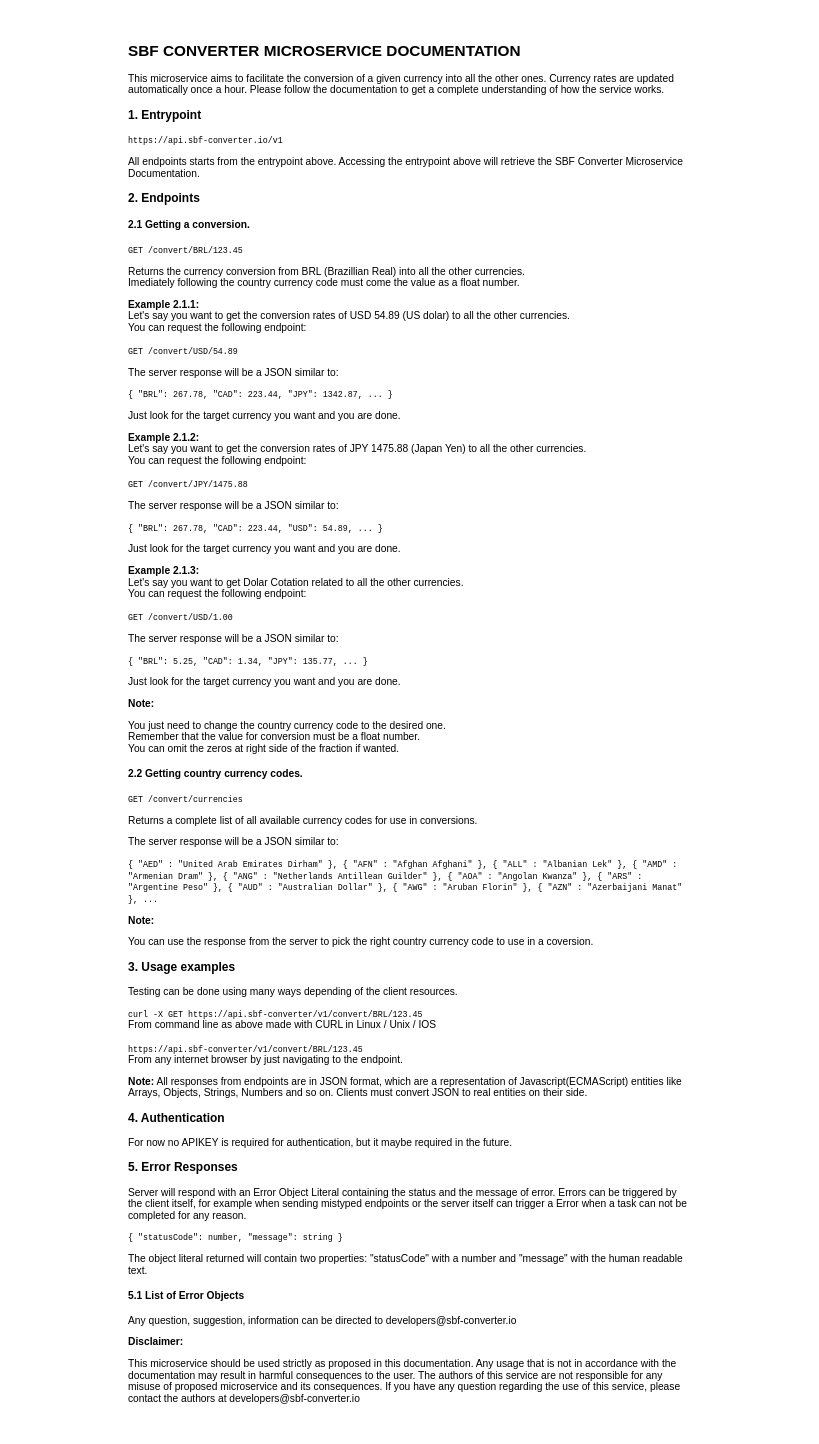
Repository: miguelamello/nestjs-restful-api
Page: documentation.html
The author's editor kept a copy of each file at every save. The page is drawn from the files as they stood at one save, then again after the next save.
The browser window is 1280 px wide. The pictures show the whole page, at 64% of full size.

Above is the page before, as saved 2023-03-23 11:29:23.

### documentation.html
<!DOCTYPE html>
<html lang="en">
<head>
  <meta charset="UTF-8">
  <meta http-equiv="X-UA-Compatible" content="IE=edge">
  <meta name="viewport" content="width=device-width, initial-scale=1.0">
  <title>SBF Converter Microservice</title>
  <style>
    body {
      font-family: Arial, Helvetica, sans-serif;
      padding: 3% 15%;
    }
  </style>
</head>
<body>
  <h2>SBF CONVERTER MICROSERVICE DOCUMENTATION</h2>
  <p>
    This microservice aims to facilitate the conversion of a given currency
    into all the other ones. Currency rates are updated automatically once a hour.
    Please follow the documentation to get a complete understanding of how the service works.
  </p>

  <h3>1. Entrypoint</h3>
  <code>https://api.sbf-converter.io/v1</code>
  <p>
    All endpoints starts from the entrypoint above. Accessing the entrypoint
    above will retrieve the SBF Converter Microservice Documentation.
  </p>

  <h3>2. Endpoints</h3>
  <h4>2.1 Getting a conversion.</h4>
  <p>
    <code>GET /convert/BRL/123.45</code>
    <div>Returns the currency conversion from BRL (Brazillian Real) into all the other currencies.</div>
    <div>Imediately following the country currency code must come the value as a float number.</div>

    <p>
      <div><b>Example 2.1.1:</b></div>
      <div>Let's say you want to get the conversion rates of USD 54.89 (US dolar) to all the other currencies.</div>
      <div>You can request the following endpoint:</div><br>
      <code>GET /convert/USD/54.89</code>
    </p>

    <p>The server response will be a JSON similar to:</p>

    <code>{ "BRL": 267.78, "CAD": 223.44, "JPY": 1342.87, ... }</code>

    <p>Just look for the target currency you want and you are done.</p>

    <p>
      <div><b>Example 2.1.2:</b></div>
      <div>Let's say you want to get the conversion rates of JPY 1475.88 (Japan Yen) to all the other currencies.</div>
      <div>You can request the following endpoint:</div><br>
      <code>GET /convert/JPY/1475.88</code>
    </p>

    <p>The server response will be a JSON similar to:</p>

    <code>{ "BRL": 267.78, "CAD": 223.44, "USD": 54.89, ... }</code>

    <p>Just look for the target currency you want and you are done.</p>

    <p>
      <div><b>Example 2.1.3:</b></div>
      <div>Let's say you want to get Dolar Cotation related to all the other currencies.</div>
      <div>You can request the following endpoint:</div><br>
      <code>GET /convert/USD/1.00</code>
    </p>

    <p>The server response will be a JSON similar to:</p>

    <code>{ "BRL": 5.25, "CAD": 1.34, "JPY": 135.77, ... }</code>

    <p>Just look for the target currency you want and you are done.</p>

    <p>
      <b>Note:</b>
      <div>You just need to change the country currency code to the desired one.</div>
      <div>Remember that the value for conversion must be a float number.</div>
      <div>You can omit the zeros at right side of the fraction if wanted.</div>
    </p>
  </p>

  <h4>2.2 Getting country currency codes.</h4>
  <p>
    <code>GET /convert/currencies</code>
    <div>Returns a complete list of all available currency codes for use in conversions.</div>

    <p>The server response will be a JSON similar to:</p>
    <code>
      { "AED" : "United Arab Emirates Dirham" },
      { "AFN" : "Afghan Afghani" },
      { "ALL" : "Albanian Lek" },
      { "AMD" : "Armenian Dram" },
      { "ANG" : "Netherlands Antillean Guilder" },
      { "AOA" : "Angolan Kwanza" },
      { "ARS" : "Argentine Peso" },
      { "AUD" : "Australian Dollar" },
      { "AWG" : "Aruban Florin" },
      { "AZN" : "Azerbaijani Manat" },
      ...
    </code>

    <p>
      <b>Note:</b>
      <div>You can use the response from the server to pick the right
        country currency code to use in a coversion.</div>
    </p>
  </p>

  <h3>3. Usage examples</h3>

  <p>Testing can be done using many ways depending of the client resources.</p>

  <code>curl -X GET https://api.sbf-converter/v1/convert/BRL/123.45</code>
  <div>From command line as above made with CURL in Linux / Unix / IOS</div>
  <br>
  <code>https://api.sbf-converter/v1/convert/BRL/123.45</code>
  <div>From any internet browser by just navigating to the endpoint.</div>

  <p>
    <b>Note:</b> All responses from endpoints are in JSON format, which are a
    representation of Javascript(ECMAScript) entities like Arrays, Objects,
    Strings, Numbers and so on. Clients must convert JSON to real entities
    on their side.
  </p>

  <h3>4. Authentication</h3>
  <p>For now no APIKEY is required for authentication, but it maybe required in the future.</p>

  <h3>5. Error Responses</h3>

  <p>
    Server will respond with an Error Object Literal containing
    the status and the message of error. Errors can be triggered
    by the client itself, for example when sending mistyped endpoints
    or the server itself can trigger a Error when a
    task can not be completed for any reason.
  </p>

  <p>
    <code>{ "statusCode": number, "message": string }</code><br>
    <div>
      The object literal returned will contain two properties:
      "statusCode" with a number and "message" with the human readable text.
    </div>
  </p>

  <h4>5.1 List of Error Objects</h4>



  <p>Any question, suggestion, information can be directed to developers@sbf-converter.io</p>

  <p>
    <div><b>Disclaimer:</b></div>
    <p>
      This microservice should be used strictly as proposed in this documentation.
      Any usage that is not in accordance with the documentation may result in harmful
      consequences to the user. The authors of this service are not responsible for
      any misuse of proposed microservice and its consequences. If you have any question
      regarding the use of this service, please contact the authors at developers@sbf-converter.io
    </p>
  </p>

</body>
</html>

After the next save:
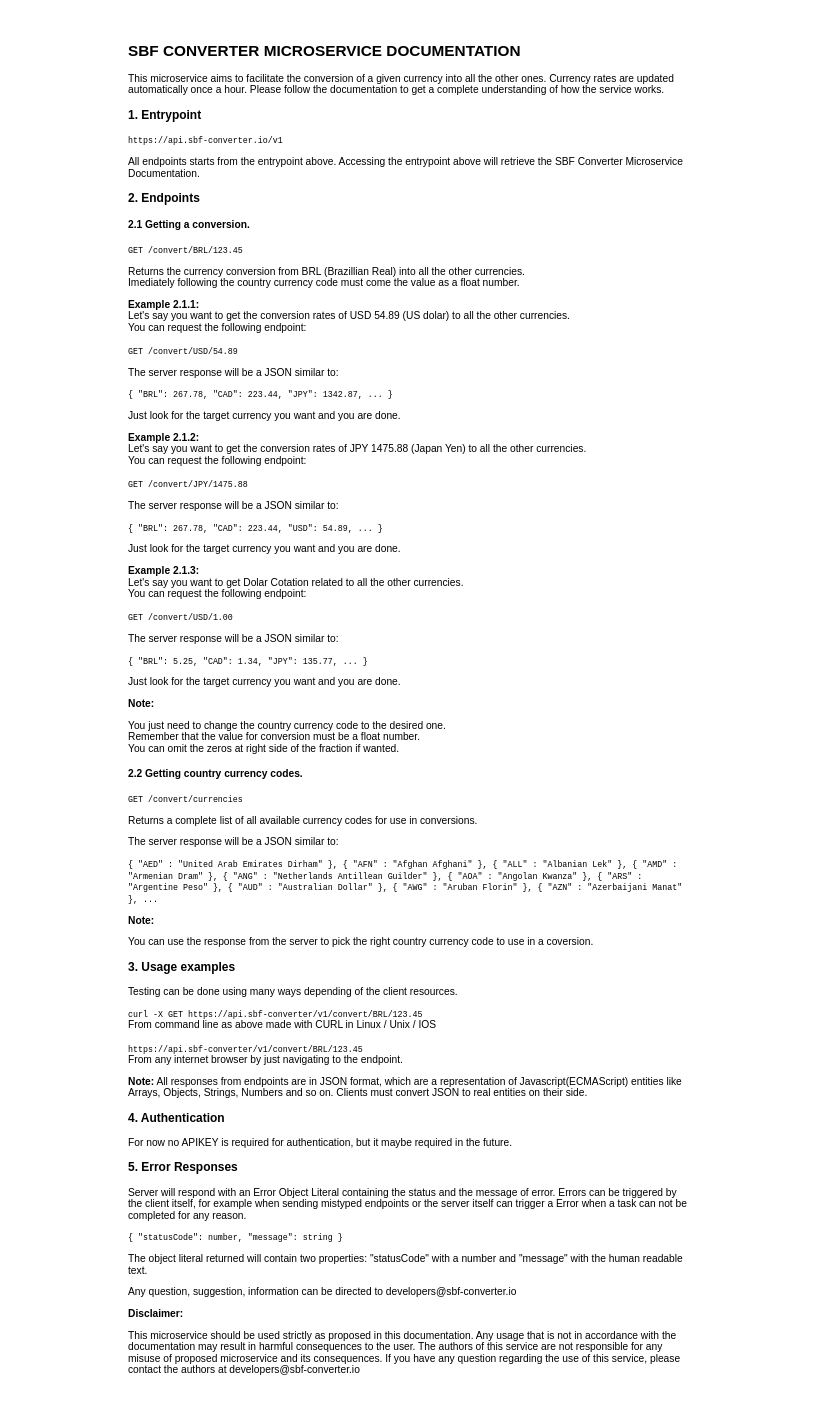
Saved 13 s later.
--- a/documentation.html
+++ b/documentation.html
@@ -146,7 +146,7 @@
     </div>
   </p>
 
-  <h4>5.1 List of Error Objects</h4>
+
 
 
 
